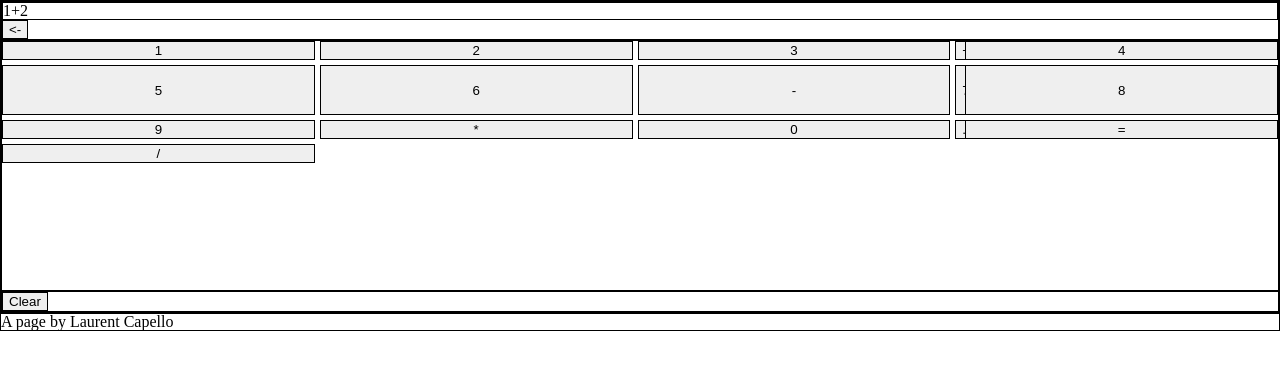
Repository: sokafootball/js-calculator
Page: index.html
These files come from the project's save history. The page is drawn as it stood at one moment and after the next save; the edit follows.
The browser window is 1280 px wide. The pictures show the whole page.

Above is the page before, as saved 2020-04-25 11:29:36.

### index.html
<html>
<head>
  <link rel="stylesheet" type="text/css" href="reset.css">
  <link rel="stylesheet" type="text/css" href="style.css">
  <link rel="stylesheet" type="text/css" href="wireframe.css">
</head>
<body>
<main id="main">
  <div id="calculator">
    <div id="calc-top">
      <div id="display">1+2</div>
      <button id="backspace" class="button"><-</button>
    </div>
    <div id="calc-mid">
      <button class="button">1</button>
      <button class="button">2</button>
      <button class="button">3</button>
      <button class="button">+</button>
      <button class="button">4</button>
      <button class="button">5</button>
      <button class="button">6</button>
      <button class="button">-</button>
      <button class="button">7</button>
      <button class="button">8</button>
      <button class="button">9</button>
      <button class="button">*</button>
      <button class="button">0</button>
      <button class="button">.</button>
      <button class="button">=</button>
      <button class="button">/</button>
    </div>
    <div id="calc-bottom">
      <button class="button">Clear</button>
    </div>
  </div>
</main>
<footer>
  <p>A page by <span id="signature">Laurent Capello</span></p>
</footer>
<script type="text/javascript" src="script.js"></script>
</body>
</html>

### style.css
#backspace{
  grid-area: backspace;
}

#display{
  grid-area: display;
}

#calc-mid{
  display: grid;
  gap: 5px 5px;
  grid-template-areas:
    "display display display backspace"
    "top-separator top-separator top-separator top-separator"
    "numpad numpad numpad operators"
    "numpad numpad numpad operators"
    "numpad numpad numpad operators"
    "numpad numpad numpad operators"
    "bottom-separator bottom-separator bottom-separator bottom-separator"
    ". clear clear .";
  grid-template-columns: repeat(3, 1fr) 5px 1fr;
  grid-template-rows: 1fr 50px repeat(4, 1fr) 50px 1fr;
}

### wireframe.css
button, div, p {
  border: 1px solid black;
}

Loaded but not shown: reset.css (common file); script.js (no copy from this time; the picture is the same without it)

After the next save:
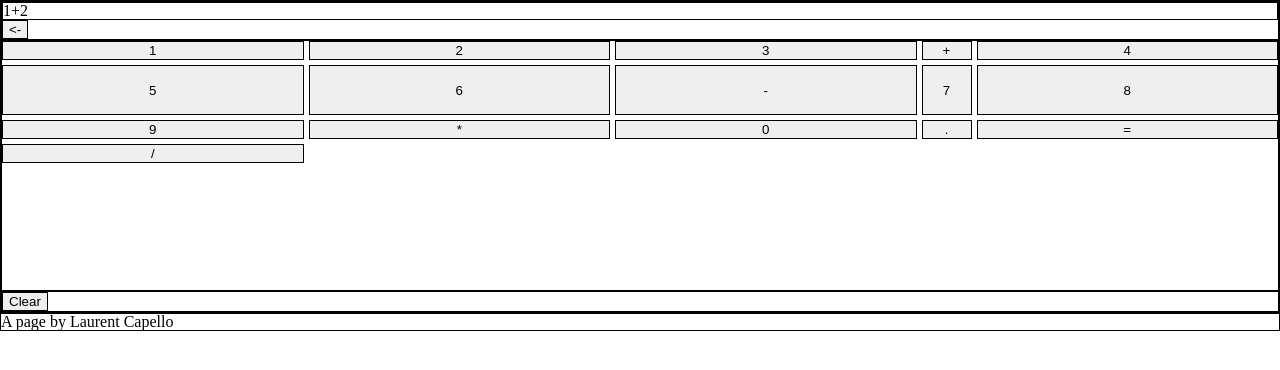
Saved 9 s later.
--- a/style.css
+++ b/style.css
@@ -18,6 +18,6 @@
     "numpad numpad numpad operators"
     "bottom-separator bottom-separator bottom-separator bottom-separator"
     ". clear clear .";
-  grid-template-columns: repeat(3, 1fr) 5px 1fr;
+  grid-template-columns: repeat(3, 1fr) 50px 1fr;
   grid-template-rows: 1fr 50px repeat(4, 1fr) 50px 1fr;
 }
